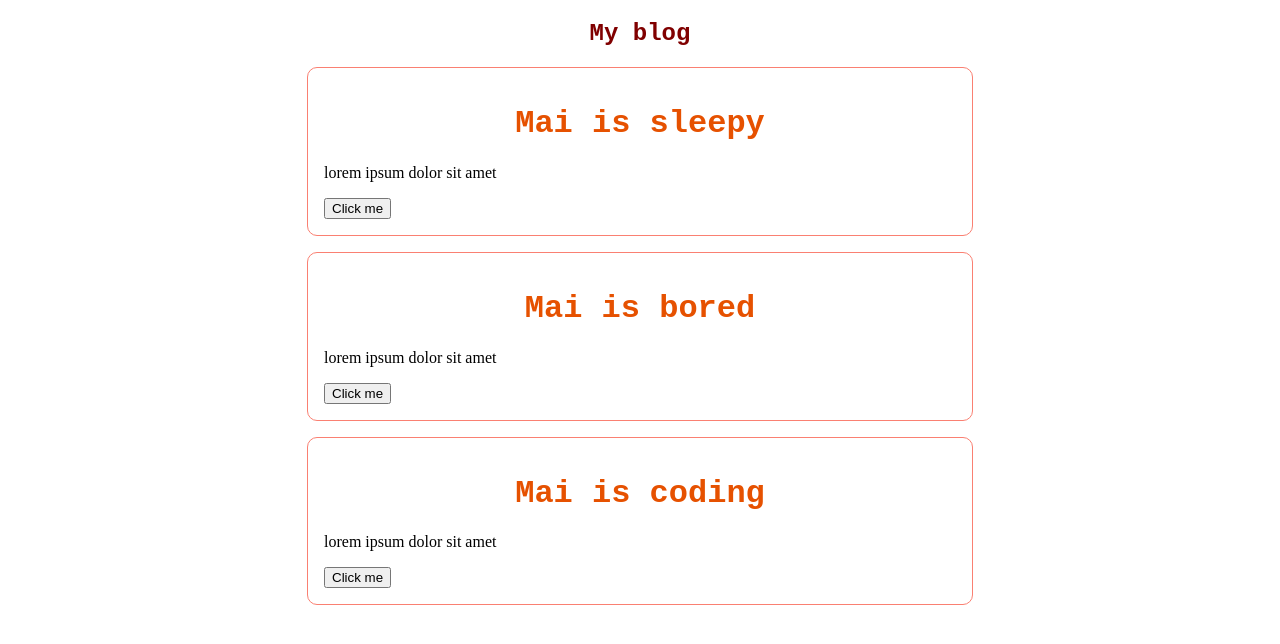
Repository: MaiCrespo/BlogEntry
Page: /
These files come from the project's save history. The page is drawn as it stood at one moment and after the next save; the edit follows.
The browser window is 1280 px wide. The pictures show the whole page.
The project was rebuilt for these pictures with package versions that can differ from the ones it lists, and the page was loaded fresh each time. Also part of the build but not shown: vite.config.js.

Above is the page before, as saved 2025-09-10 14:09:23.

After the next save:
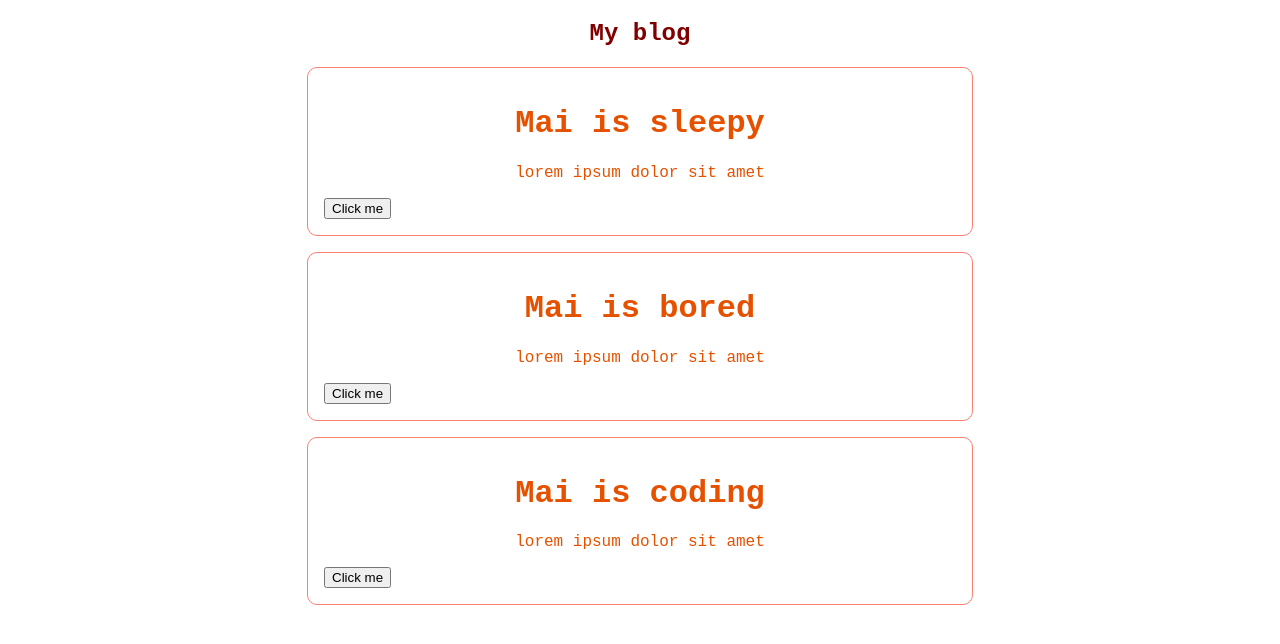
Saved 13 s later.
--- a/src/index.css
+++ b/src/index.css
@@ -4,6 +4,11 @@ h2 {
   font-family: "Courier New", Courier, monospace;
 }
 h1 {
+  color: rgb(230, 81, 0);
+  text-align: center;
+  font-family: "Courier New", Courier, monospace;
+}
+p {
   color: rgb(230, 81, 0);
   text-align: center;
   font-family: "Courier New", Courier, monospace;
